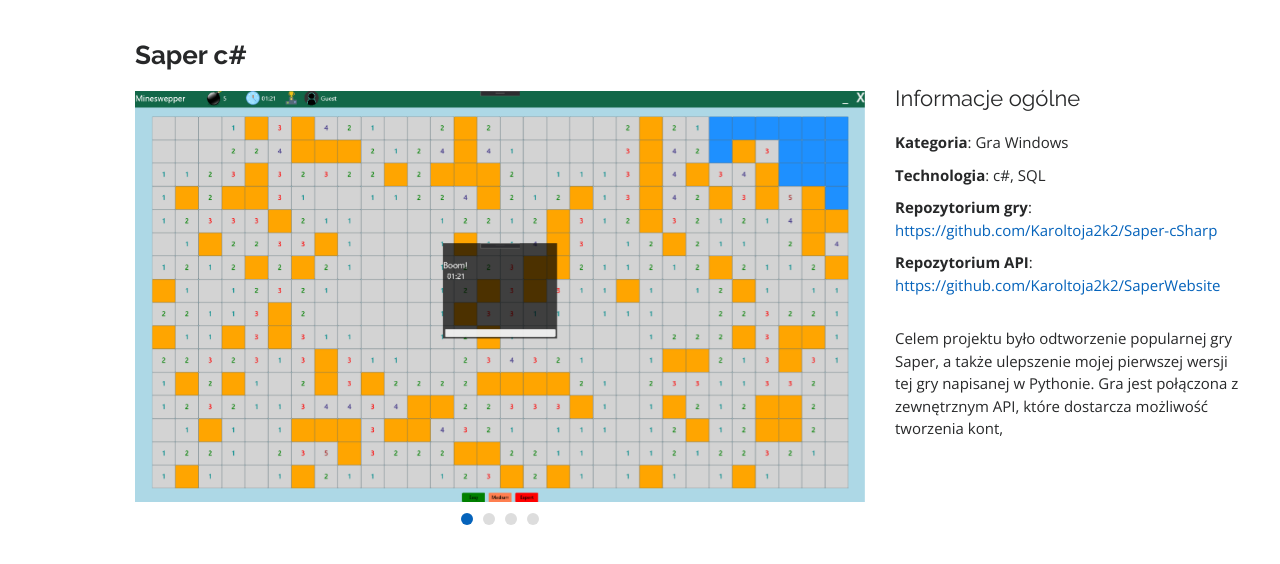
Repository: Karoltoja2k2/MyResume
Page: mineswepperC#-details.html
An editor plug-in stored every save of this project. The page is shown before and after a run of saves, followed by the edit.
The browser window is 1280 px wide. The pictures show the whole page.
Pictures or frames that could not be fetched are drawn as grey boxes.

Above is the page before, as saved 2020-06-21 14:51:45.

After the next 2 saves:
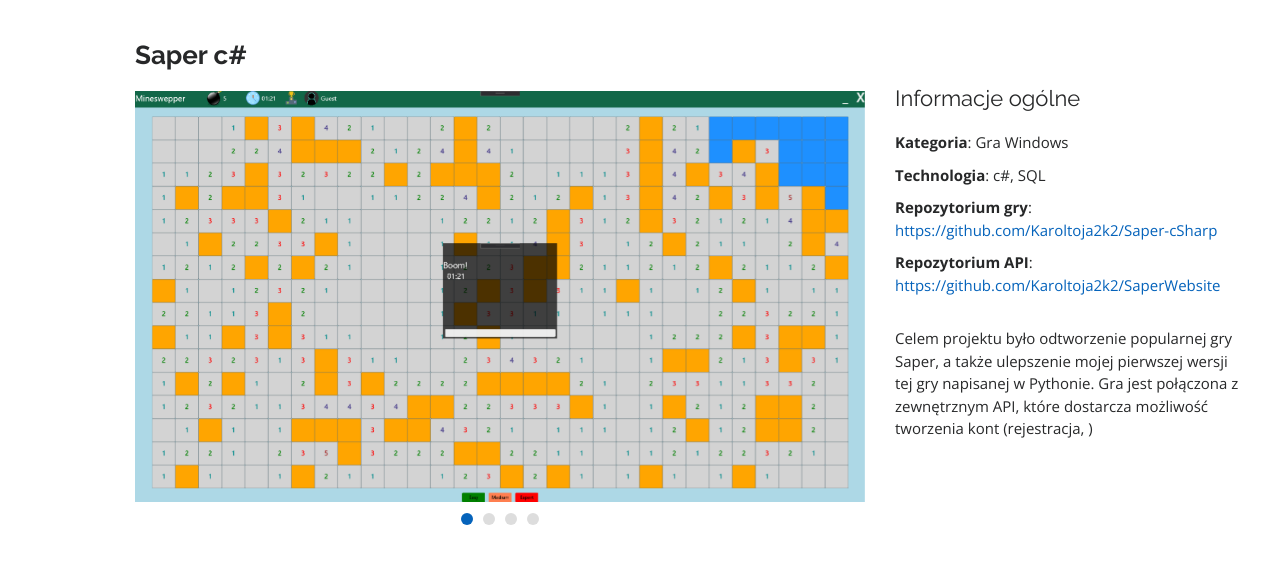
The 2 saves are shown as one change because they came seconds apart.
The last was saved 7 s later.
--- a/mineswepperC#-details.html
+++ b/mineswepperC#-details.html
@@ -68,7 +68,7 @@
 
             <p>
               Celem projektu było odtworzenie popularnej gry Saper, a także ulepszenie mojej pierwszej wersji tej gry napisanej w Pythonie.
-              Gra jest połączona z zewnętrznym API, które dostarcza możliwość tworzenia kont,
+              Gra jest połączona z zewnętrznym API, które dostarcza możliwość tworzenia kont (rejestracja, )
             </p>
           </div>
 
